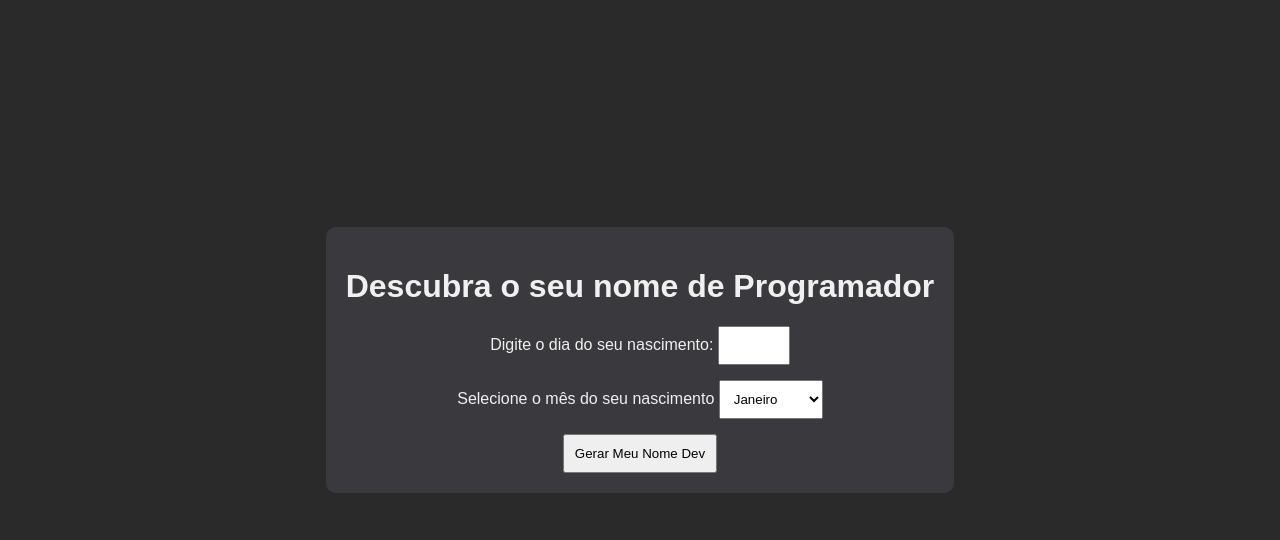
Repository: analessp/seu-nome-dev
Page: index.html
The author's editor kept a copy of each file at every save. The page is drawn from the files as they stood at one save, then again after a run of saves.
The browser window is 1280 px wide. The pictures show the whole page.

Above is the page before, as saved 2025-05-13 10:50:02.

### index.html
<!DOCTYPE html>
<html lang="pt-BR">
<head>
    <meta charset="UTF-8">
    <meta name="viewport" content="width=device-width, initial-scale=1.0">
    <title>Seu Nome Dev</title>
    <link rel="stylesheet" href="styles.css">
</head>
<body>
    <div class="container">
        <h1>Descubra o seu nome de Programador</h1>
        <div class="form-group">
            <label for="dia">Digite o dia do seu nascimento:</label>
            <input type="number" id="dia" min="1" max="31">
        </div>
        <div class="form-group">
            <label for="mes">Selecione o mês do seu nascimento</label>
            <select id="mes">
                <option value="1">Janeiro</option>
                <option value="2">Fevereiro</option>
                <option value="3">Março</option>
                <option value="4">Abril</option>
                <option value="5">Maio</option>
                <option value="6">Junho</option>
                <option value="7">Julho</option>
                <option value="8">Agosto</option>
                <option value="9">Setembro</option>
                <option value="10">Outubro</option>
                <option value="11">Novembro</option>
                <option value="12">Dezembro</option>
            </select>
        </div>
        <button onclick="gerarNomeDev()">Gerar Meu Nome Dev</button>
        <div class="resultado" id="resultado"></div>
    </div>
    <script src="app.js"></script>
</body>
</html>

### styles.css
body {
    background-color: #2a2a2a;
    color: #f0f0f0;
    font-family: "Nunito", sans-serif;
    display: flex;
    justify-content: center;
    align-items: center;
    height: 100vh;
    margin: 0;
}

.container {
    background-color: #3a3a3e;
    padding: 20px;
    border-radius: 10px;
    box-shadow: 0px 5px 15px rgba(0, 0, 0, 0.3s);
    text-align: center;
}

.form-group {
    margin-bottom: 15px;
}

input, select, button {
    padding: 10px;
    marg
}

Loaded but not shown: app.js (no copy from this time; the picture is the same without it)

After the next 2 saves:
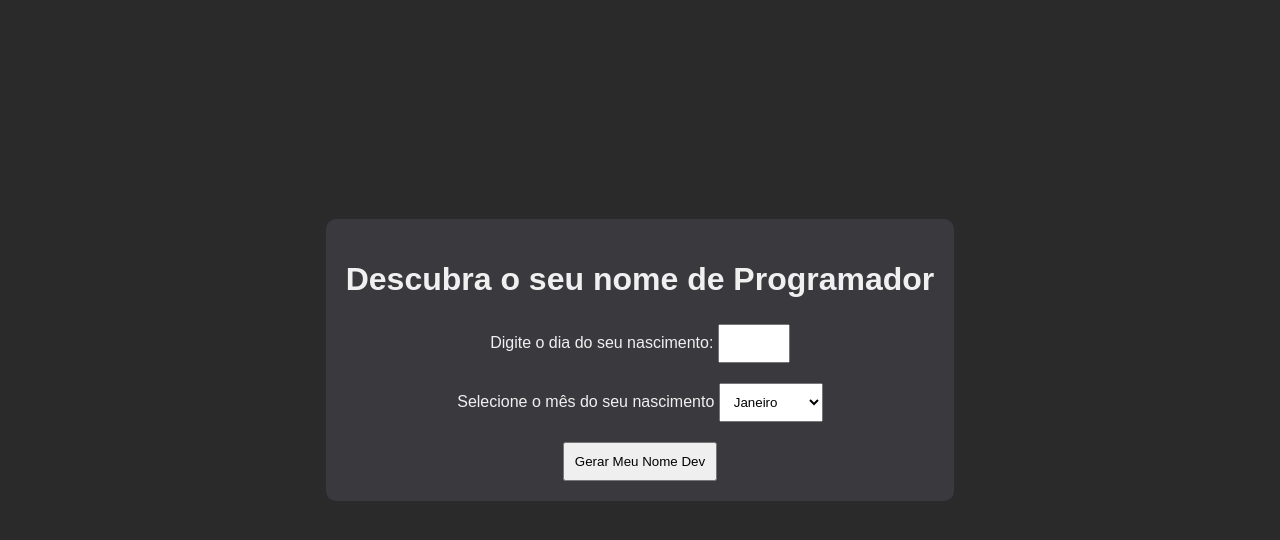
The 2 saves are shown as one change because they came seconds apart.
The last was saved 6 s later.
--- a/styles.css
+++ b/styles.css
@@ -23,5 +23,5 @@ body {
 
 input, select, button {
     padding: 10px;
-    marg
+    margin-top: 5px;
 }
